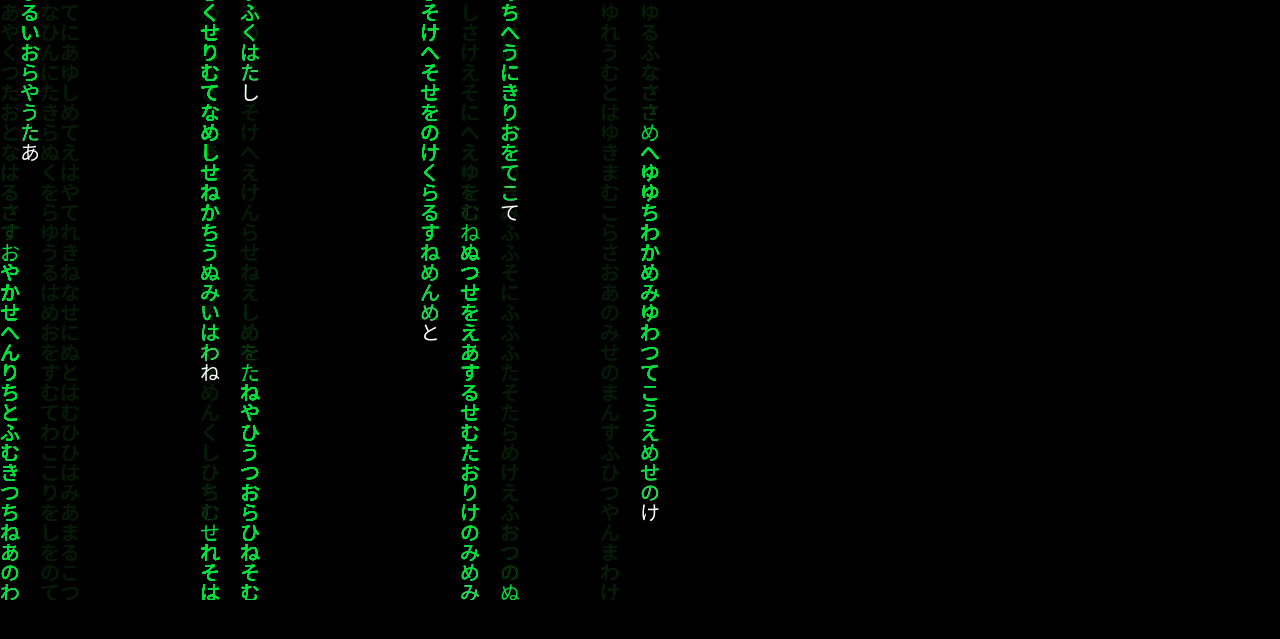
Repository: superdids/DAT152
Page: http://localhost/DigitalRain/
An editor plug-in stored every save of this project. The page is shown before and after the next save, followed by the edit.
The browser window is 1280 px wide. The pictures show the whole page.
The page is served by Tomcat 9.

Above is the page before, as saved 2015-08-31 11:41:15.

### DigitalRain/WebContent/index.html
<!DOCTYPE html>
<html>
<head>
<meta charset="UTF-8">
<script type="text/javascript" src="js/digitalRain.js"></script>
<link href="css/style.css" rel="stylesheet" type="text/css" />
<title>Insert title here</title>
</head>
<body>

<canvas id="c"></canvas>

</body>
</html>

### DigitalRain/WebContent/js/digitalRain.js
"use strict";

var canvas, ctx, fontSize, cols;
//var symbols = generateSymbols();
var symbols = "あかさたないきしちにうくすつぬえけせてねおこそとのはまやらわひみりをふむゆるんへめれ".split("");

var drops = [];
//var bools = [];
var toDim = [];
//var count = [];
var len = 20;
function draw()
{
	for(var x = 0; x < drops.length; x++) {
		if(rand(200) > 198 || drops[x] > 0) {
			toDim[x][drops[x]]  = symbols[rand(symbols.length)];

			if(drops[x] - len >= 0) {
				ctx.fillStyle = "black";
				ctx.clearRect(x*fontSize, (drops[x]-len)*fontSize, fontSize, fontSize);

			}
			ctx.fillStyle = "#01DF3A";
			for(var y = 1; y < len; y++) {
				ctx.fillText(toDim[x][drops[x]-y], x*fontSize, (drops[x]-y)*fontSize);
			}

			ctx.fillStyle = "#071907";
			for(var y = len; y < drops[x]; y++) {
				ctx.fillText(toDim[x][drops[x]-y], x*fontSize, (drops[x]-y)*fontSize);
			}

			ctx.fillStyle = "#FFFFFF";
			ctx.fillText(toDim[x][drops[x]] , x*fontSize, drops[x]*fontSize);

			if(drops[x]*fontSize > canvas.height && rand(1000) > 975) {
//				bools[x] = true;
				drops[x] = 0;
			}




			drops[x]++;
		}
	}
}

//window.onresize = function() {
//canvas = document.getElementById('c');
//canvas.width = screen.width;
//canvas.height= screen.height;
//ctx = canvas.getContext("2d");
//fontSize = 20;
//cols = canvas.width/fontSize;
//}

window.onload = function() {
	canvas = document.getElementById('c');
	canvas.width = screen.width;
	canvas.height= screen.height;

	ctx = canvas.getContext("2d");
	fontSize = 20;
	cols = canvas.width/fontSize;
	for(var x = 0; x < cols; x++) {
//		bools[x] = false;
		drops[x] = 0;
		toDim[x] = new Array();
//		count[x] = 0;
	}
	ctx.font = fontSize + "px arial";
	window.setInterval(draw, 75);
}





function rand(arg) {
	return Math.floor(Math.random() * arg);
}

function generateSymbols() {
	var arr = ["0", "1", "2", "3", "4", "5", "6", "7", "8", "9", "@", "#", "$", "%", "&", "{", "}", "[", "]", "="];
	return arr;
}

### DigitalRain/WebContent/css/style.css

* {margin: 0; padding: 0;}

body {background: black;}
canvas {display: block;}

After the next save:
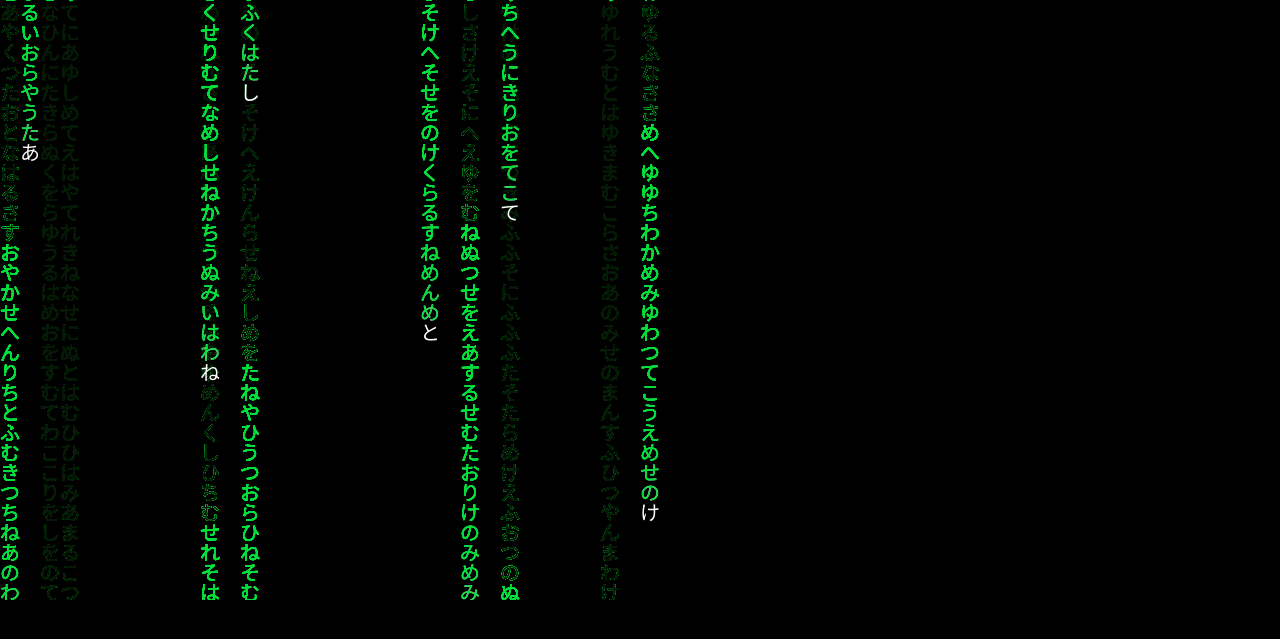
Saved 2 min 48 s later.
--- a/DigitalRain/WebContent/js/digitalRain.js
+++ b/DigitalRain/WebContent/js/digitalRain.js
@@ -14,12 +14,13 @@
 	for(var x = 0; x < drops.length; x++) {
 		if(rand(200) > 198 || drops[x] > 0) {
 			toDim[x][drops[x]]  = symbols[rand(symbols.length)];
+//
+//			if(drops[x] - len >= 0) {
+//				ctx.fillStyle = "black";
+//				ctx.clearRect(x*fontSize, (drops[x]-len)*fontSize, fontSize, fontSize);
+//
+//			}
 
-			if(drops[x] - len >= 0) {
-				ctx.fillStyle = "black";
-				ctx.clearRect(x*fontSize, (drops[x]-len)*fontSize, fontSize, fontSize);
-
-			}
 			ctx.fillStyle = "#01DF3A";
 			for(var y = 1; y < len; y++) {
 				ctx.fillText(toDim[x][drops[x]-y], x*fontSize, (drops[x]-y)*fontSize);
@@ -37,9 +38,6 @@
 //				bools[x] = true;
 				drops[x] = 0;
 			}
-
-
-
 
 			drops[x]++;
 		}

After the save that followed:
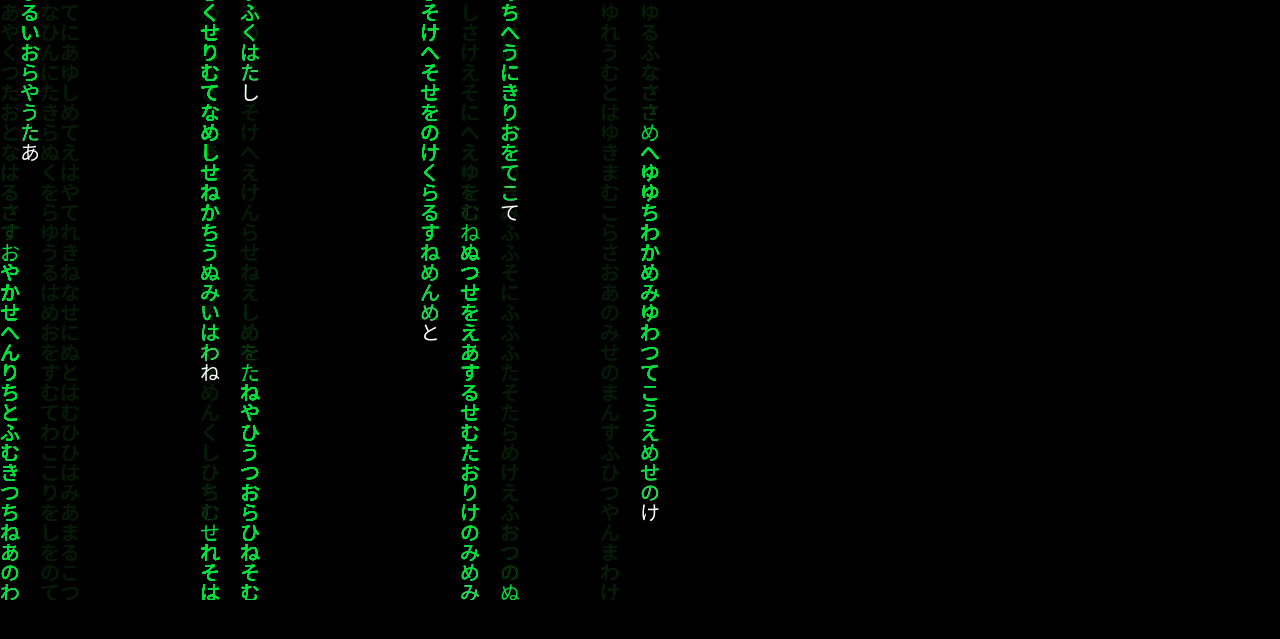
Saved 17 s later.
--- a/DigitalRain/WebContent/js/digitalRain.js
+++ b/DigitalRain/WebContent/js/digitalRain.js
@@ -14,12 +14,12 @@
 	for(var x = 0; x < drops.length; x++) {
 		if(rand(200) > 198 || drops[x] > 0) {
 			toDim[x][drops[x]]  = symbols[rand(symbols.length)];
-//
-//			if(drops[x] - len >= 0) {
-//				ctx.fillStyle = "black";
-//				ctx.clearRect(x*fontSize, (drops[x]-len)*fontSize, fontSize, fontSize);
-//
-//			}
+
+			if(drops[x] - len >= 0) {
+				ctx.fillStyle = "black";
+				ctx.clearRect(x*fontSize, (drops[x]-len)*fontSize, fontSize, fontSize);
+
+			}
 
 			ctx.fillStyle = "#01DF3A";
 			for(var y = 1; y < len; y++) {
